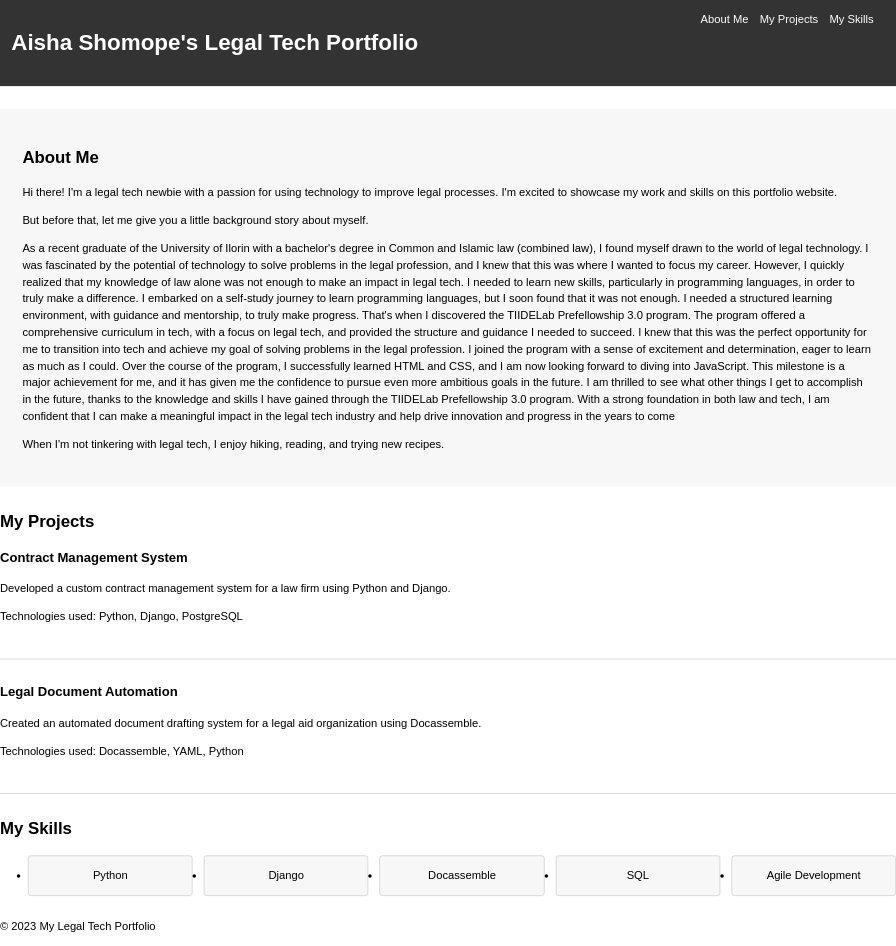
Repository: Iyewande/AishasPortfolio
Page: Index.html
These files come from the project's save history. The page is drawn as it stood at one moment and after the next save; the edit follows.
The browser window is 1280 px wide. The pictures show the whole page, at 70% of full size.

Above is the page before, as saved 2023-04-30 18:19:32.

After the next save:
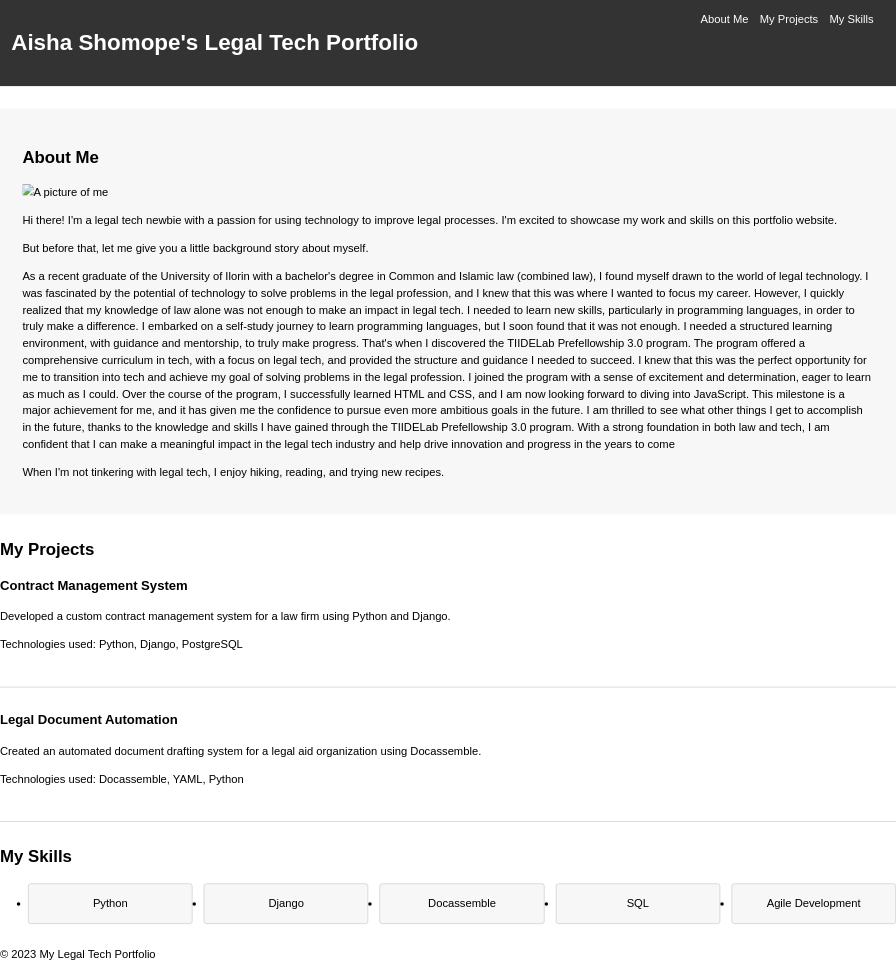
Not found: E17CF07F-F5B1-4C94-9C3E-8D25C5FEC29B.jpeg
Saved 10 min 41 s later.
--- a/Index.html
+++ b/Index.html
@@ -24,6 +24,7 @@
         <main>
             <section id="about">
                 <h2>About Me</h2>
+                <img src="E17CF07F-F5B1-4C94-9C3E-8D25C5FEC29B.jpeg" alt="A picture of me">
                 <p>Hi there! I'm a legal tech newbie with a passion for using technology to improve legal processes. I'm excited to
                     showcase my work and skills on this portfolio website.</p>
                 <p> But before that, let me give you a little background story about myself. </p>

After the 3 saves that followed:
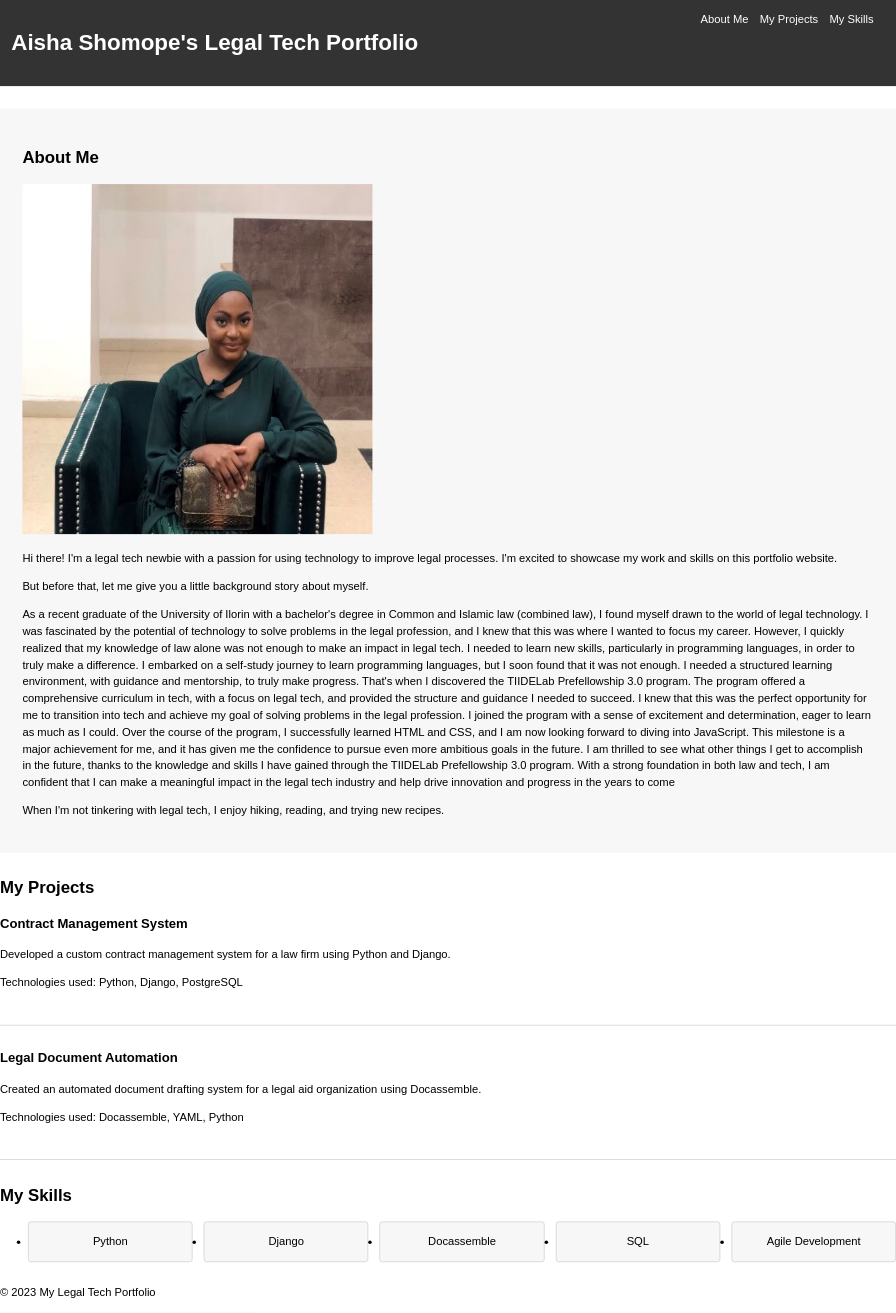
The 3 saves are shown as one change because 2 left the picture as it was.
The last was saved 8 min 35 s later.
--- a/Index.html
+++ b/Index.html
@@ -24,7 +24,7 @@
         <main>
             <section id="about">
                 <h2>About Me</h2>
-                <img src="E17CF07F-F5B1-4C94-9C3E-8D25C5FEC29B.jpeg" alt="A picture of me">
+                <img src="E17CF07F-F5B1-4C94-9C3E-8D25C5FEC29B.jpg" alt="A picture of me" height="500" width="500">
                 <p>Hi there! I'm a legal tech newbie with a passion for using technology to improve legal processes. I'm excited to
                     showcase my work and skills on this portfolio website.</p>
                 <p> But before that, let me give you a little background story about myself. </p>
